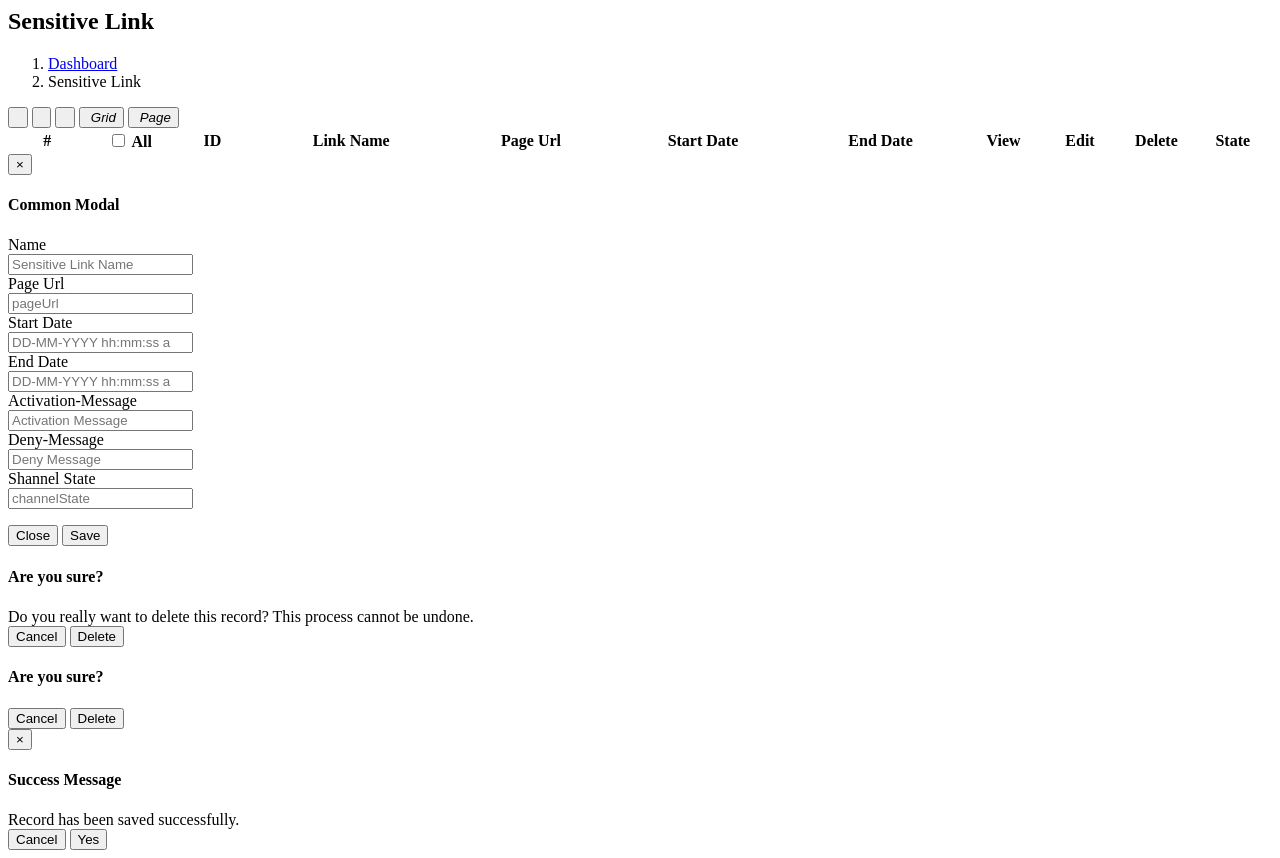
Repository: sanjeev167/IndiaOnLineVoting_3112020
Page: http://localhost/IndiaOnLineVoting/WEB-INF/jsp/adm/sensitiveLink.jsp
The author's editor kept a copy of each file at every save. The page is drawn from the files as they stood at one save, then again after the next save.
The browser window is 1280 px wide. The pictures show the whole page.
The page is served by Tomcat 9. Nobody is signed in. Other server files are loaded and not shown. The template is opened directly, without the code that normally fills it, so the values that code supplies are empty.

Above is the page before, as saved 2020-11-09 04:04:07.
Console error: TypeError: $(...).DataTable is not a function

### IndiaOnLineVoting/src/main/webapp/WEB-INF/jsp/adm/sensitiveLink.jsp

<!-- Content Header (Page header) -->
<section class="content-header">
	<h1>Sensitive Link</h1>
	<ol class="breadcrumb">
		<li><a href="#"><i class="fa fa-dashboard"></i> Dashboard</a></li>
		<li class="active">Sensitive Link</li>
	</ol>
</section>



<!-- Main content -->
<section class="content container-fluid">
	<div class="row">
		<div class="col-md-12">
			<div class="box box-primary ">
				<div class="box-header with-border">

					<div class="box-title">
						<div class="box-tools pull-right">
							<button type="button">
								<i class="fa fa-plus addClass" data-toggle="modal">&nbsp;</i>
							</button>
							<button type="button" id="deleteSelected">
								<i class="fa fa-trash-o" data-toggle="modal">&nbsp;</i>
							</button>
							<button type="button">
								<i class="fa fa-search searchClass" data-toggle="modal">&nbsp;</i>
							</button>
							<button type="button" id="reloadGrid">
								<i class="fa fa-refresh">&nbsp;Grid</i>
							</button>
							<button type="button" id="refreshGrid">
								<i class="fa fa-refresh">&nbsp;Page</i>
							</button>
						</div>
					</div>
				</div>

				<div class="box-body ">
					<table width="100%" id="sensitiveLinkId"
						class="table table-striped table-bordered table-hover table-condensed dt-responsive data-table">
						<thead>
							<tr>
								<th width="6%">#</th>
								<th width="7%"><input id="chkAll" type="checkbox">&nbsp;All</th>
								<th width="6%">ID</th>
								<th>Link Name</th>
								<th>Page Url</th>
								<th>Start Date</th>
								<th>End Date</th>
								<th width="6%">View</th>
								<th width="6%">Edit</th>
								<th width="6%">Delete</th>
								<th width="6%">State</th>
							</tr>
						</thead>

					</table>
				</div>
				<!-- /.box-body -->
			</div>
			<!-- /.box -->
		</div>
		<!-- /.col -->
	</div>
</section>
<!-- /.content -->





<!-- Modals for this form -->
<!-- modal for add/update/view/search -->
<div class="modal fade" id="modal-common">
	<div class="modal-dialog modal-md">
		<div class="modal-content" style="border-radius: 10px;">
			<div class="modal-header">
				<button type="button" class="close" data-dismiss="modal"
					aria-label="Close">
					<span aria-hidden="true">&times;</span>
				</button>
				<h4 class="modal-title" id="commonModalTitleId">Common Modal</h4>
			</div>
			<div class="modal-body">
				<!-- form start -->
				<form class="form-horizontal" id="commonFormId" action="">
					<div class="box-body">
						<h5 id="successMsgId"></h5>
						<h5 id="searchMsgId"></h5>
						<div class="form-group">
							<label for="inputCountryName" class="col-sm-5 control-label">
								 Name</label>
							<div class="col-sm-7">
								<input type="select" class="form-control" name="name"
									id="nameId" placeholder="Sensitive Link Name"> <span
									id="name_err" class="field-error"></span>
							</div>
						</div>
						<div class="form-group">
							<label for="inputSortName" class="col-sm-5 control-label">
								Page Url</label>
							<div class="col-sm-7">
								<input type="text" class="form-control" name="pageUrl"
									id="pageUrlId" placeholder="pageUrl">
								<span id="pageUrl_err" class="field-error"></span>
							</div>
						</div>

						<div class="form-group" id="StartDateId2">
							<label for="StartDate" class="col-sm-5 control-label">
								Start Date</label>
							<div class="col-sm-7">
								<input type="text" min="0" class="form-control"
									name="activateStartDateS" id="activateStartDateSId"
									placeholder="DD-MM-YYYY hh:mm:ss a" data-inputmask="'mask': '99-99-9999 99:99:99 AA'" data-mask> <span
									id="activateStartDateS_err" class="field-error"></span>
							</div>
						</div>

						<div class="form-group" id="EndDateId2">
							<label for="StartDate" class="col-sm-5 control-label">
								End Date</label>
							<div class="col-sm-7">
								<input type="text" min="0" class="form-control"
									name="activateEndDateS" id="activateEndDateSId"
									placeholder="DD-MM-YYYY hh:mm:ss a" data-inputmask="'mask': '99-99-9999 99:99:99 AA'" data-mask> <span
									id="activateEndDateS_err" class="field-error"></span>
							</div>
						</div>

						<div class="form-group" id="activationMessageId2">
							<label for="activationMessage" class="col-sm-5 control-label">
								Activation-Message</label>
							<div class="col-sm-7">
								<input type="text" min="0" class="form-control"
									name="activationMessage" id="activationMessageId"
									placeholder="Activation Message" > <span
									id="activationMessage_err" class="field-error"></span>
							</div>
						</div>
						<div class="form-group" id="denyMessageId2">
							<label for="denyMessage" class="col-sm-5 control-label">
								Deny-Message</label>
							<div class="col-sm-7">
								<input type="text" min="0" class="form-control"
									name="denyMessage" id="denyMessageId"
									placeholder="Deny Message" > <span
									id="denyMessage_err" class="field-error"></span>
							</div>
						</div>
						<div class="form-group" id="channelStateId2">
							<label for="channelState" class="col-sm-5 control-label">
								Shannel State</label>
							<div class="col-sm-7">
								<input type="text" min="0" class="form-control"
									name="channelState" id="channelStateId"
									placeholder="channelState" > <span
									id="channelState_err" class="field-error"></span>
							</div>
						</div>


						<input hidden="true" name="id" id="sensitiveLinkRecordId" />
					</div>
					<!-- /.box-body -->

					<!-- /.box-footer -->
				</form>

			</div>
			<div class="modal-footer">
				<button type="button" class="btn btn-info" data-dismiss="modal">Close</button>
				<button type="button"
					class="btn btn-warning commonButtonActionClass"
					id="commonButtonActionId">Save</button>
			</div>
		</div>
		<!-- /.modal-content -->
	</div>
	<!-- /.modal-dialog -->
</div>
<!-- /.modal -->

<!-- modal for delete -->
<div class="modal fade" id="modal-delete">
	<div class="modal-dialog modal-sm modal-confirm">
		<div class="modal-content" style="border-radius: 10px;">
			<div class="modal-header">
				<h4 class="modal-title">Are you sure?</h4>

			</div>
			<div class="modal-body">
				<h5 id="deleteSuccessMsgId"></h5>
				<label>Do you really want to delete this record? This
					process cannot be undone.</label>
			</div>
			<input hidden="true" name="recordId" id="recordIdForDelete" />
			<div class="modal-footer">
				<button type="button" class="btn btn-info" data-dismiss="modal">Cancel</button>
				<button type="button" class="btn btn-danger" id="deleteFormButtonId">Delete</button>
			</div>
		</div>
		<!-- /.modal-content -->
	</div>
	<!-- /.modal-dialog -->
</div>
<!-- /.modal -->

<!-- modal for selected Delete -->
<div class="modal fade" id="modal-sDelete">
	<!-- modal for selected delete -->
	<div class="modal-dialog modal-sm modal-confirm">
		<div class="modal-content" style="border-radius: 10px;">
			<div class="modal-header">
				<h4 class="modal-title">Are you sure?</h4>

			</div>
			<div class="modal-body">
				<h5 id="deleteSelectedSuccessMsgId"></h5>
				<label id="showAllertMsg"></label>
				<div id="showSelectedRow" style="margin-top: 10px;"></div>

			</div>
			<div class="modal-footer">
				<button type="button" class="btn btn-info" data-dismiss="modal">Cancel</button>
				<button type="button" class="btn btn-danger"
					id="deleteSelFormButtonId">Delete</button>
			</div>

		</div>
		<!-- /.modal-content -->
	</div>
	<!-- /.modal-dialog -->
</div>
<!-- /.modal -->

<!-- modal for success -->
<div class="modal fade" id="modal-success">
	<div class="modal-dialog modal-sm modal-success">
		<div class="modal-content" style="border-radius: 10px;">
			<div class="modal-header">
				<button type="button" class="close" data-dismiss="modal"
					aria-label="Close">
					<span aria-hidden="true">&times;</span>
				</button>
				<h4 class="modal-title">Success Message</h4>
			</div>
			<div class="modal-body">
				<div class="modal-body">Record has been saved successfully.</div>
			</div>
			<div class="modal-footer">
				<button type="button" class="btn btn-default pull-left"
					data-dismiss="modal">Cancel</button>
				<button type="button" class="btn btn-primary">Yes</button>
			</div>
		</div>
		<!-- /.modal-content -->
	</div>
	<!-- /.modal-dialog -->
</div>
<!-- /.modal -->

<!-- End of modal for form -->



<!-- jQuery 3  -->
<script	src="https://ajax.googleapis.com/ajax/libs/jquery/3.4.1/jquery.min.js"></script>
<script	src="https://maxcdn.bootstrapcdn.com/bootstrap/3.4.0/js/bootstrap.min.js"></script>

<script src="${contextPath}/resources/assets/pageSpecific/js/sensitiveLink.js"></script>

Loaded but not shown: IndiaOnLineVoting/src/main/webapp/resources/assets/pageSpecific/js/sensitiveLink.js (663 lines, source omitted)

After the next save:
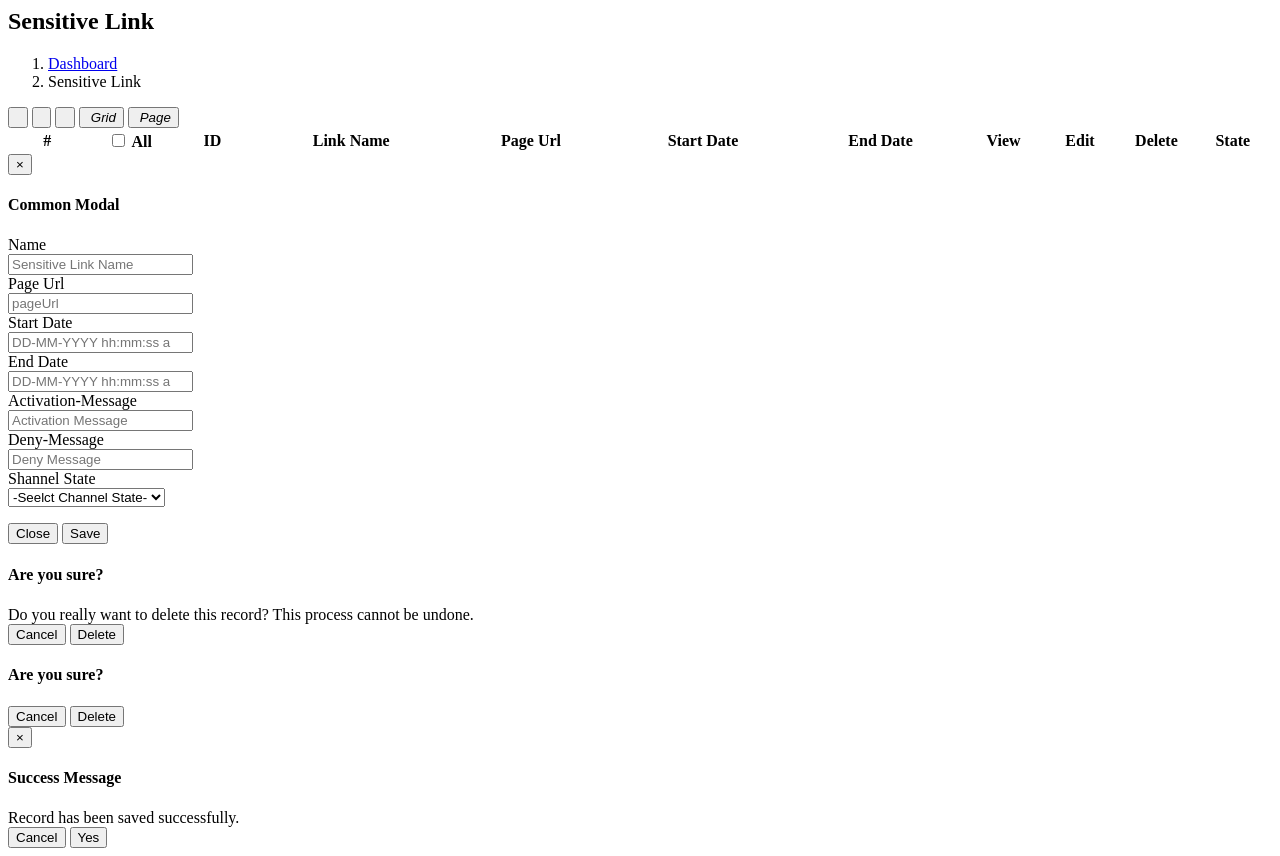
Saved 2 min 36 s later.
--- a/IndiaOnLineVoting/src/main/webapp/WEB-INF/jsp/adm/sensitiveLink.jsp
+++ b/IndiaOnLineVoting/src/main/webapp/WEB-INF/jsp/adm/sensitiveLink.jsp
@@ -155,9 +155,14 @@
 							<label for="channelState" class="col-sm-5 control-label">
 								Shannel State</label>
 							<div class="col-sm-7">
-								<input type="text" min="0" class="form-control"
-									name="channelState" id="channelStateId"
-									placeholder="channelState" > <span
+							    <select name="channelState" id="channelStateId">
+							         <option value="">-Seelct Channel State-</option>
+							         <option value="A">Active</option>
+							         <option value="D">Deactivate</option>
+							    </select>
+
+
+									<span
 									id="channelState_err" class="field-error"></span>
 							</div>
 						</div>
